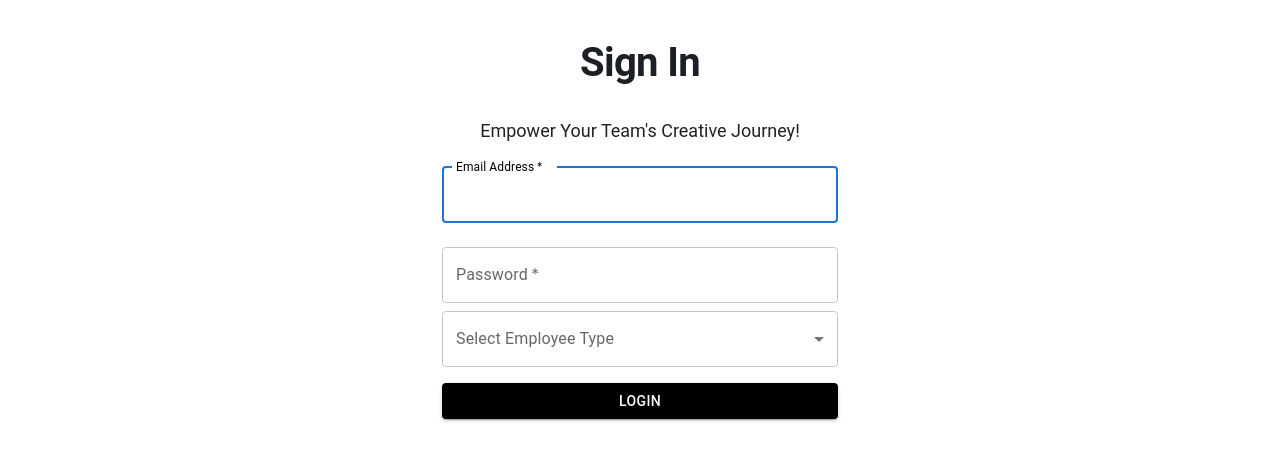
Repository: Deepika9103/WTDashboard
Page: /signin
These files come from the project's save history. The page is drawn as it stood at one moment and after the next save; the edit follows.
The browser window is 1280 px wide. The pictures show the whole page.
The project was rebuilt for these pictures with package versions that can differ from the ones it lists, and the page was loaded fresh each time. Some packages were replaced by stand-ins written for this rebuild. Also part of the build but not shown: src/Components/CustomButton.jsx, src/Components/Navbar.jsx, src/Components/Footer.jsx, src/Components/CongratsCard.jsx, src/pages/Hero/Properties.jsx, src/pages/Hero/Hero.jsx, src/pages/Dashboard/Dashboard.jsx, src/Components/layout.jsx and 1 more.

Above is the page before, as saved 2024-03-26 16:31:51.

After the next save:
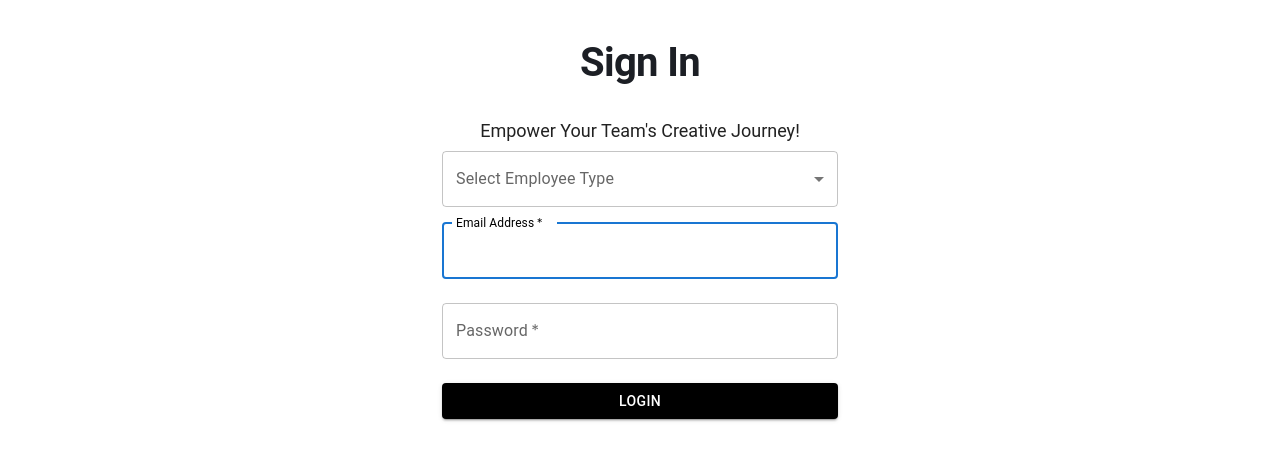
Saved 24 s later.
--- a/src/pages/Sign_in.jsx
+++ b/src/pages/Sign_in.jsx
@@ -105,6 +105,17 @@
           Empower Your Team's Creative Journey!
         </Typography>
         <Box component="form" onSubmit={handleSubmit} noValidate sx={{ mt: 1 }}>
+        <FormControl fullWidth>
+        <InputLabel >Select Employee Type</InputLabel>
+        <Select
+  value={employee}
+  label="Select Employee Type"
+  onChange={handleChange}
+>
+  <MenuItem value="admin">Admin</MenuItem>
+  <MenuItem value="employee">Employee</MenuItem>
+</Select>
+      </FormControl>
           <TextField
             margin="normal"
             required
@@ -155,17 +166,7 @@
 
               }}
           />
-          <FormControl fullWidth>
-        <InputLabel >Select Employee Type</InputLabel>
-        <Select
-  value={employee}
-  label="Select Employee Type"
-  onChange={handleChange}
->
-  <MenuItem value="admin">Admin</MenuItem>
-  <MenuItem value="employee">Employee</MenuItem>
-</Select>
-      </FormControl>
+
           <Button
             type="submit"
             fullWidth

After the save that followed:
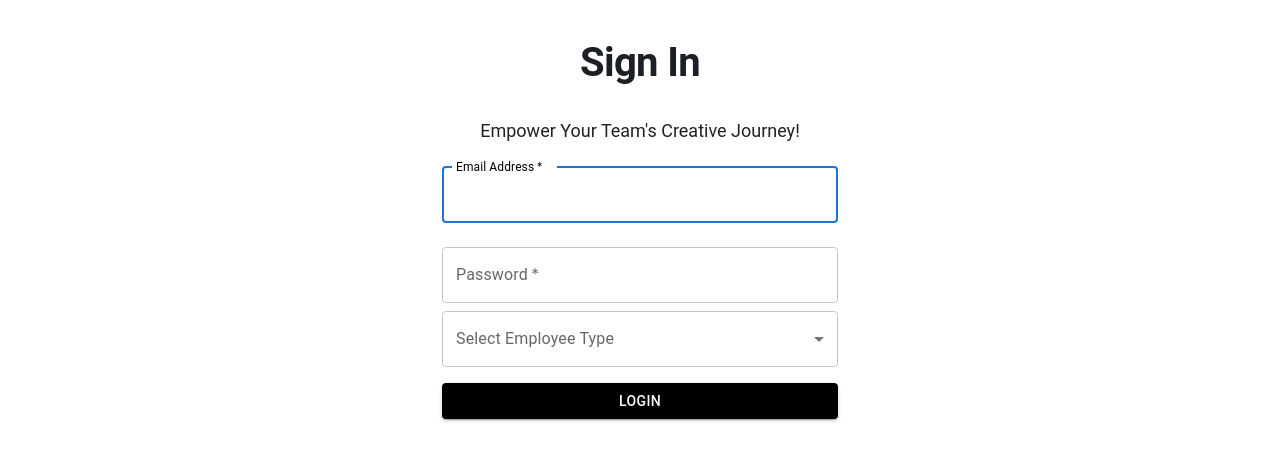
Saved 12 s later.
--- a/src/pages/Sign_in.jsx
+++ b/src/pages/Sign_in.jsx
@@ -105,17 +105,6 @@
           Empower Your Team's Creative Journey!
         </Typography>
         <Box component="form" onSubmit={handleSubmit} noValidate sx={{ mt: 1 }}>
-        <FormControl fullWidth>
-        <InputLabel >Select Employee Type</InputLabel>
-        <Select
-  value={employee}
-  label="Select Employee Type"
-  onChange={handleChange}
->
-  <MenuItem value="admin">Admin</MenuItem>
-  <MenuItem value="employee">Employee</MenuItem>
-</Select>
-      </FormControl>
           <TextField
             margin="normal"
             required
@@ -166,7 +155,17 @@
 
               }}
           />
-
+          <FormControl fullWidth>
+        <InputLabel >Select Employee Type</InputLabel>
+        <Select
+  value={employee}
+  label="Select Employee Type"
+  onChange={handleChange}
+>
+  <MenuItem value="admin">Admin</MenuItem>
+  <MenuItem value="employee">Employee</MenuItem>
+</Select>
+      </FormControl>
           <Button
             type="submit"
             fullWidth
